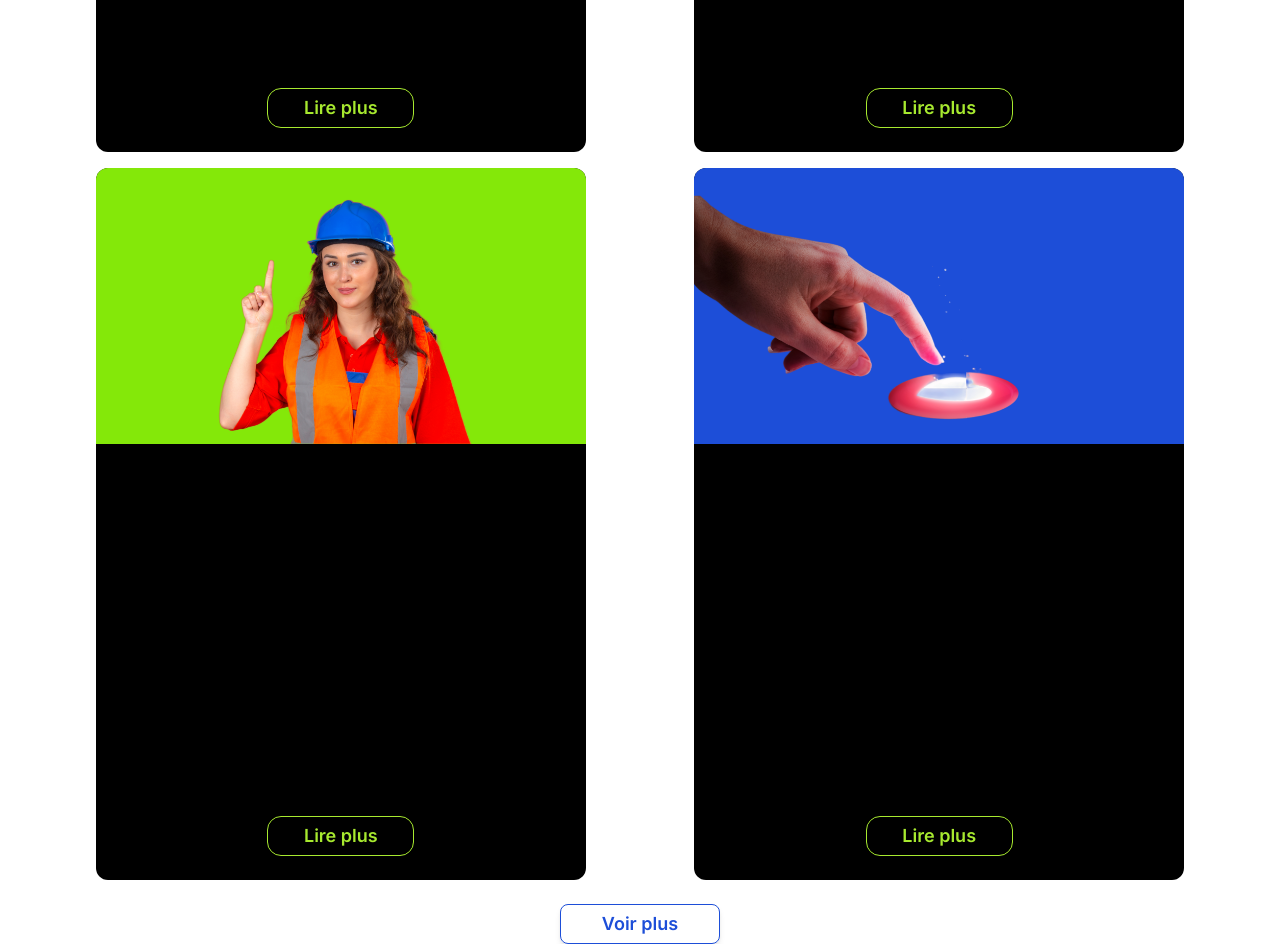
Repository: NassimeElkamari/test
Page: /blogs
The author's editor kept a copy of each file at every save. The page is drawn from the files as they stood at one save, then again after the next save.
The browser window is 1280 px wide. The pictures show the part of the page from y = 1251 to 2203 px (the page is 2195 px tall before and 2203 px after).
The project was rebuilt for these pictures with package versions that can differ from the ones it lists, and the page was loaded fresh each time. The framework's server and built-in components were replaced by stand-ins that run in the browser. Also part of the build but not shown: next.config.mjs.

Above is the page before, as saved 2024-06-12 16:06:34.

After the next save:
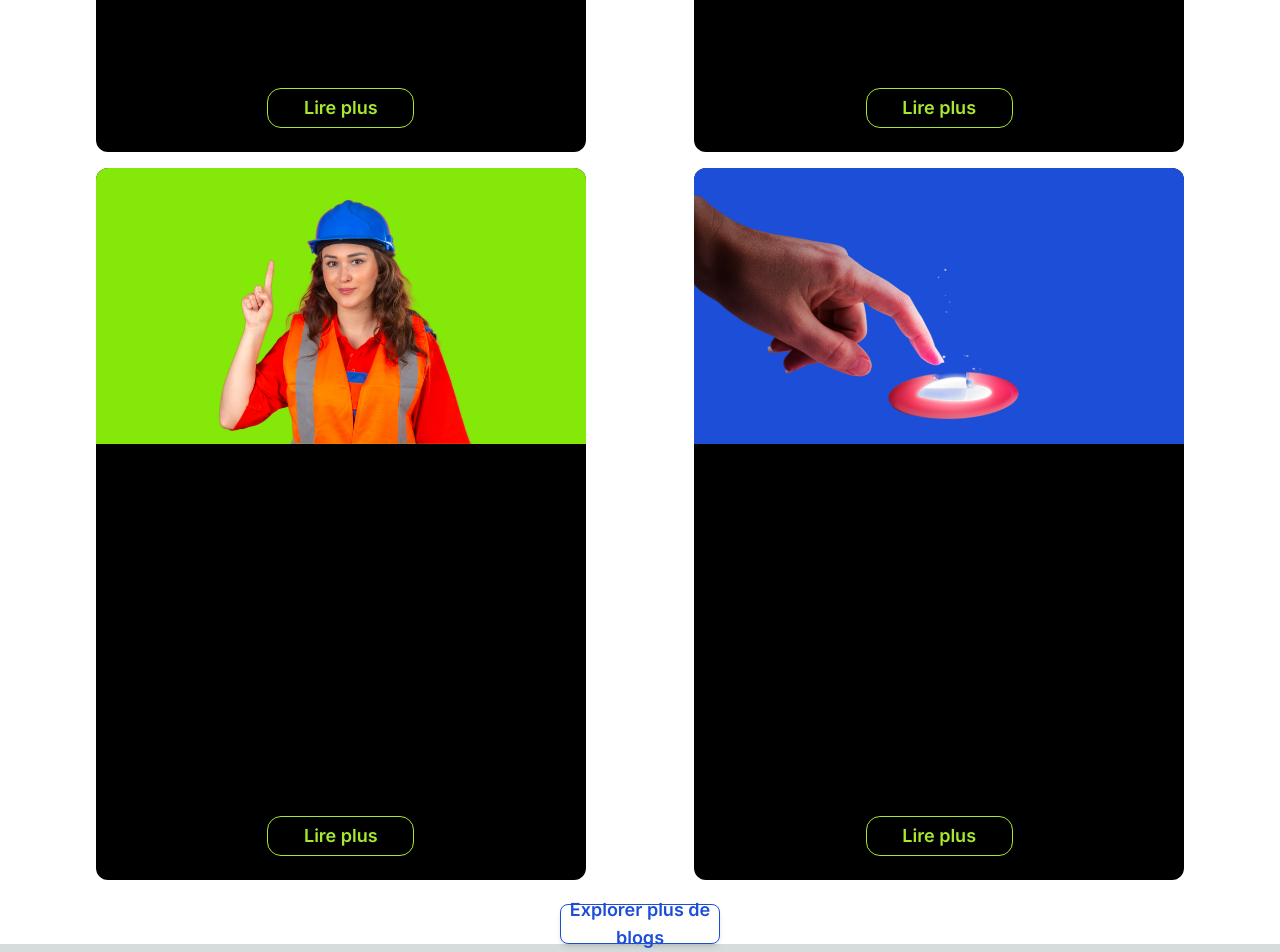
Saved 16 s later.
--- a/src/app/blogs/page.tsx
+++ b/src/app/blogs/page.tsx
@@ -63,7 +63,7 @@ const Blog = () => {
       </div>
       <div className="flex justify-center mt-10">
         <button className=" text-white rounded-lg shadow-md w-40 text-center h-10 border border-[#1D4ED8] flex items-center justify-center">
-          <h2 className="text-lg font-semibold text-[#1D4ED8]">Voir plus</h2>
+          <h2 className="text-lg font-semibold text-[#1D4ED8]">Explorer plus de blogs </h2>
         </button>
       </div>
     </div>
